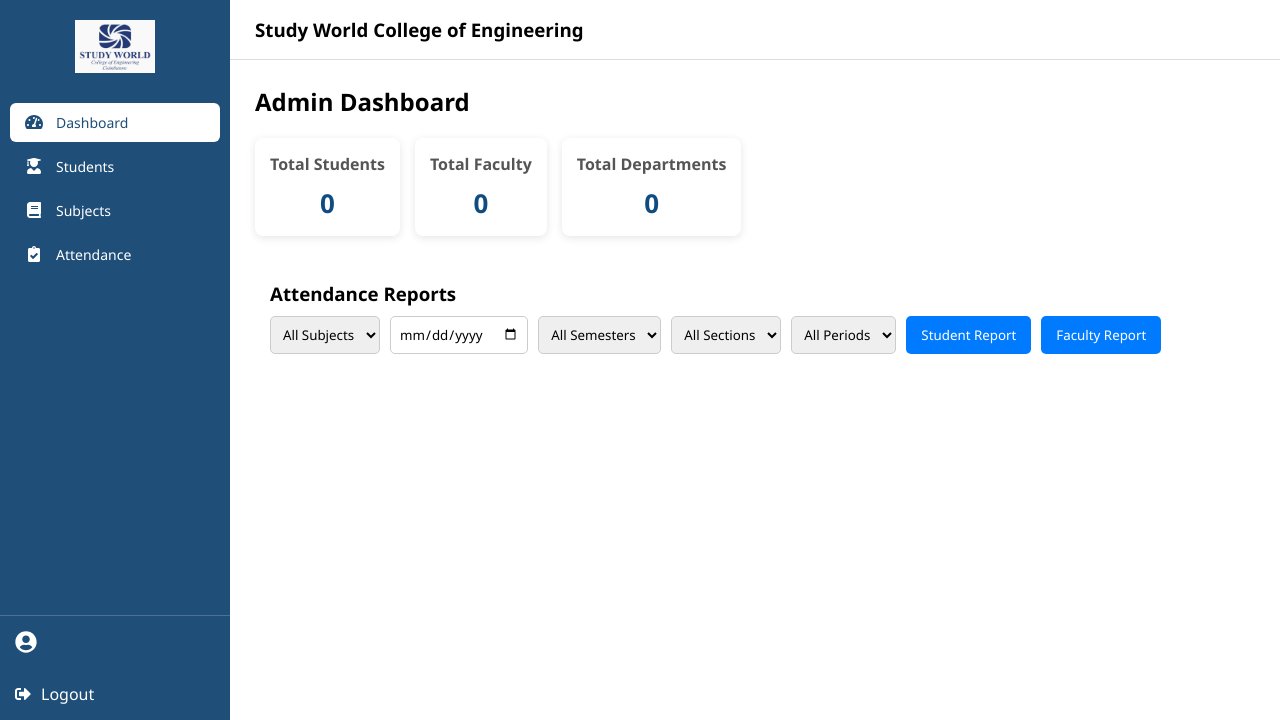
Repository: arthanarieswara/frontend
Page: /dashboard
These files come from the project's save history. The page is drawn as it stood at one moment and after the next save; the edit follows.
The browser window is 1280 px wide. The pictures show the whole page.
The page's requests for data from a server got no answer. The project was rebuilt for these pictures with package versions that can differ from the ones it lists, and the page was loaded fresh each time. No one was signed in, and anything a server would have sent is missing. Also part of the build but not shown: vite.config.js, src/pages/auth/Login.jsx, src/pages/departments/Departments.css, src/pages/departments/Departments.jsx, src/pages/students/Students.css, src/pages/students/Students.jsx, src/pages/faculty/Faculty.css, src/pages/faculty/Faculty.jsx and 9 more.

Above is the page before, as saved 2026-04-01 15:21:22.

### index.html
<!doctype html>
<html lang="en">
  <head>
    <meta charset="UTF-8" />
    <link rel="icon" type="image/svg+xml" href="/college-logo.png" />
    <meta name="viewport" content="width=device-width, initial-scale=1.0" />
    <title>SWMS</title>
  </head>
  <body>
    <div id="root"></div>
    <script type="module" src="/src/main.jsx"></script>
  </body>
</html>

### src/App.jsx
import AppRoutes from "./routes/AppRoutes";

function App() {
  return <AppRoutes />;
}

export default App;

### src/routes/AppRoutes.jsx
import { BrowserRouter, Routes, Route } from "react-router-dom";

import Login from "../pages/auth/Login";
import Dashboard from "../pages/dashboard/Dashboard";
import Departments from "../pages/departments/Departments";
import Students from "../pages/students/Students";
import Faculty from "../pages/faculty/Faculty";
import Subjects from "../pages/Subjects/Subjects";
import Attendance from "../pages/Attendance/Attendance";
import Users from "../pages/users/Users";
import UserMapping from "../pages/UserMapping/UserMapping"; // ✅ NEW
import FacultyAttendance from "../pages/faculty/FacultyAttendance";
function AppRoutes() {
  return (
    <BrowserRouter>
      <Routes>
        <Route path="/" element={<Login />} />
        <Route path="/dashboard" element={<Dashboard />} />
        <Route path="/departments" element={<Departments />} />
        <Route path="/students" element={<Students />} />
        <Route path="/faculty" element={<Faculty />} />
        <Route path="/subjects" element={<Subjects />} />
        <Route path="/attendance" element={<Attendance />} />
        <Route path="/users" element={<Users />} />
        <Route path="/faculty-attendance" element={<FacultyAttendance />} />

        {/* ✅ NEW ROUTE */}
        <Route path="/mapping" element={<UserMapping />} />
      </Routes>
    </BrowserRouter>
  );
}

export default AppRoutes;

### src/pages/dashboard/Dashboard.jsx
import { useEffect, useState } from "react";
import Layout from "../../components/Layout";
import api from "../../api/api";
import "./Dashboard.css";

function Dashboard() {
  const [data, setData] = useState({
    students: 0,
    faculty: 0,
    departments: 0,
  });

  const [subjects, setSubjects] = useState([]);
  const [subject, setSubject] = useState("");
  const [date, setDate] = useState("");
  const [period, setPeriod] = useState("");
  const [semester, setSemester] = useState("");
  const [section, setSection] = useState("");

  const [attendanceSummary, setAttendanceSummary] = useState(null);
  const [summaryType, setSummaryType] = useState("");

  /* ✅ NEW FACULTY STATE */
  const [facultySummary, setFacultySummary] = useState([]);
  const [facultyTotal, setFacultyTotal] = useState(0);

  /* ================= INIT ================= */

  useEffect(() => {
    fetchDashboard();
    fetchSubjects();
  }, []);

  const fetchDashboard = async () => {
    const res = await api.get("/dashboard/admin");
    setData(res.data);
  };

  const fetchSubjects = async () => {
    const res = await api.get("/subjects");
    setSubjects(res.data || []);
  };

  /* ================= STUDENT SUMMARY ================= */

  const getAttendanceSummary = async () => {
    if (!date) return alert("Select date");

    let url = `/attendance/summary?date=${date}`;

    if (subject) url += `&subject_id=${subject}`;
    if (period) url += `&period=${period}`;
    if (semester) url += `&semester=${semester}`;
    if (section) url += `&section=${section}`;

    const res = await api.get(url);

    setAttendanceSummary(res.data);
    setSummaryType(res.data.type);
  };

  /* ================= FACULTY SUMMARY ================= */

  const getFacultySummary = async () => {
    if (!date) return alert("Select date");

    const res = await api.get(
      `/faculty-attendance/summary?date=${date}`
    );

    setFacultySummary(res.data.statusSummary);
    setFacultyTotal(res.data.total);
  };

  return (
    <Layout>
      <div className="dashboard">

        <h2>Admin Dashboard</h2>

        {/* ================= MAIN CARDS ================= */}
        <div className="cards">
          <div className="card">
            <h3>Total Students</h3>
            <p>{data.students}</p>
          </div>

          <div className="card">
            <h3>Total Faculty</h3>
            <p>{data.faculty}</p>
          </div>

          <div className="card">
            <h3>Total Departments</h3>
            <p>{data.departments}</p>
          </div>
        </div>

        {/* ================= FILTER ================= */}
        <div className="attendance-filter-section">

          <h3>Attendance Reports</h3>

          <div className="filters">

            <select value={subject} onChange={(e) => setSubject(e.target.value)}>
              <option value="">All Subjects</option>
              {subjects.map((s) => (
                <option key={s.id} value={s.id}>{s.name}</option>
              ))}
            </select>

            <input
              type="date"
              value={date}
              onChange={(e) => setDate(e.target.value)}
            />

            <select value={semester} onChange={(e) => setSemester(e.target.value)}>
              <option value="">All Semesters</option>
              {[1,2,3,4,5,6,7,8].map(s => (
                <option key={s} value={s}>Sem {s}</option>
              ))}
            </select>

            <select value={section} onChange={(e) => setSection(e.target.value)}>
              <option value="">All Sections</option>
              <option value="A">A</option>
              <option value="B">B</option>
            </select>

            <select value={period} onChange={(e) => setPeriod(e.target.value)}>
              <option value="">All Periods</option>
              {[1,2,3,4,5,6,7,8].map(p => (
                <option key={p} value={p}>P{p}</option>
              ))}
            </select>

            <button onClick={getAttendanceSummary}>
              Student Report
            </button>

            <button onClick={getFacultySummary}>
              Faculty Report
            </button>

          </div>
        </div>

        {/* ================= STUDENT RESULT ================= */}

        {attendanceSummary && summaryType === "single" && (
          <div className="cards">
            <div className="card">
              <h3>Present</h3>
              <p>{attendanceSummary.data.present_count}</p>
            </div>
            <div className="card">
              <h3>Absent</h3>
              <p>{attendanceSummary.data.absent_count}</p>
            </div>
            <div className="card">
              <h3>Total</h3>
              <p>{attendanceSummary.data.total_students}</p>
            </div>
          </div>
        )}

        {/* ================= FACULTY RESULT ================= */}

        {facultySummary.length > 0 && (
          <div className="report-section">

            <h3>Faculty Attendance Report</h3>

            <div className="cards">
              {facultySummary.map((f, index) => (
                <div className="card" key={index}>
                  <h4>{f.status}</h4>
                  <p>{f.count}</p>
                </div>
              ))}

              <div className="card total">
                <h4>Total</h4>
                <p>{facultyTotal}</p>
              </div>
            </div>

          </div>
        )}

      </div>
    </Layout>
  );
}

export default Dashboard;

### src/api/api.js
import axios from "axios";

const api = axios.create({
  baseURL: "http://localhost:5000/api",
});

/* ✅ Attach token automatically */
api.interceptors.request.use((config) => {
  const token = localStorage.getItem("token");

  if (token) {
    config.headers.Authorization = `Bearer ${token}`;
  }

  return config;
});

export default api;

### src/pages/auth/Login.css
*{
  margin:0;
  padding:0;
  box-sizing:border-box;
  font-family:"Segoe UI",sans-serif;
}

/* ANIMATED BACKGROUND */

.login-wrapper{
  height:100vh;
  display:flex;
  justify-content:center;
  align-items:center;
  background:linear-gradient(270deg,#0f4c81,#3a8bfd,#1a6ed8);
  background-size:600% 600%;
  animation:gradientBG 10s ease infinite;
}

@keyframes gradientBG{
  0%{background-position:0% 50%}
  50%{background-position:100% 50%}
  100%{background-position:0% 50%}
}

/* LOGIN CARD */

.login-card{
  width:420px;
  padding:40px;
  border-radius:12px;
  background:rgba(255,255,255,0.15);
  backdrop-filter:blur(15px);
  box-shadow:0 15px 40px rgba(0,0,0,0.3);
  text-align:center;
  color:white;
}

/* COLLEGE HEADER */

.college-logo{
  width:70px;
  margin-bottom:10px;
}

.college-header h1{
  font-size:20px;
  margin-bottom:5px;
}

.college-header p{
 font-size:13px;
  opacity:0.9;
}

.college-header span{
  font-size:12px;
  opacity:0.8;
}

.college-header{
  margin-bottom:30px;
}

/* INPUT GROUP */

.input-group{

  position:relative;
  margin-bottom:20px;
}

.input-group input{
  width:100%;
  padding:12px;
  border:none;
  border-radius:6px;
  outline:none;
  font-size:14px;
}

/* FLOATING LABEL */

.input-group label{
  position:absolute;
  left:12px;
  top:50%;
  transform:translateY(-50%);
  color:#000000;
  font-size:14px;
  pointer-events:none;
  transition:0.3s;
}

.input-group input:focus + label,
.input-group input:not(:placeholder-shown) + label{
  top:-8px;
  /* background:white; */
  padding:0 5px;
  font-size:15px;
  color:white;
}

/* PASSWORD ICON */

.password-group{
 position:relative;
}

.eye-icon{
  position:absolute;
  right:10px;
  top:50%;
  transform:translateY(-50%);
  cursor:pointer;
  color:#444;
}

/* BUTTON */

.login-btn{
  width:100%;
  padding:12px;
  border:none;
  border-radius:6px;
  background:white;
  color:#0f4c81;
  font-size:16px;
  font-weight:bold;
  cursor:pointer;
  transition:all 0.3s;
}

.login-btn:hover{
  transform:translateY(-2px);
  box-shadow:0 5px 15px rgba(0,0,0,0.3);
}

### src/components/Layout.jsx
import { useState } from "react";
import Sidebar from "./Sidebar";
import Navbar from "./Navbar";

function Layout({ children }) {

  const [collapsed,setCollapsed] = useState(false);

  return (

    <div style={{display:"flex"}}>

      <Sidebar collapsed={collapsed} />

      <div style={{flex:1}}>

        <Navbar toggleSidebar={()=>setCollapsed(!collapsed)} />

        <div style={{padding:"25px"}}>
          {children}
        </div>

      </div>

    </div>

  );

}

export default Layout;

### src/pages/dashboard/Dashboard.css
.dashboard h2 {
  margin-bottom: 20px;
}

.cards {
  display: grid;

  grid-template-columns: repeat(auto-fit, minmax(220px, 1fr));

  gap: 20px;
}

.card {
  background: white;

  padding: 25px;

  border-radius: 10px;

  box-shadow: 0 5px 15px rgba(0, 0, 0, 0.1);

  transition: 0.3s;
}

.card:hover {
  transform: translateY(-5px);
}

.card h3 {
  font-size: 16px;

  margin-bottom: 10px;

  color: #555;
}

.card p {
  font-size: 26px;

  font-weight: bold;

  color: #0f4c81;
}

/* Attendance Filter Section */
.attendance-filter-section {
  margin-top: 30px;
  background: #fff;
  padding: 15px;
  border-radius: 8px;
}

.filters {
  display: flex;
  gap: 10px;
  margin-top: 10px;
}

.filters select,
.filters input {
  padding: 8px;
  border: 1px solid #ccc;
  border-radius: 5px;
}

.filters button {
  background: #007bff;
  color: white;
  border: none;
  padding: 8px 15px;
  border-radius: 5px;
  cursor: pointer;
}

.filters button:hover {
  background: #0056b3;
}

/* Attendance Table */.attendance-table {
  width: 100%;
  border-collapse: collapse;
  margin-top: 20px;
}

.attendance-table th,
.attendance-table td {
  border: 1px solid #ddd;
  padding: 10px;
  text-align: center;
}

.attendance-table th {
  background-color: #2c3e50;
  color: white;
}

### src/pages/faculty/FacultyAttendance.css
.faculty-attendance {
  padding: 25px;
}

/* HEADER */
.header {
  display: flex;
  justify-content: space-between;
  align-items: center;
  margin-bottom: 20px;
}

.actions {
  display: flex;
  gap: 10px;
}

.actions input {
  padding: 8px;
  border-radius: 6px;
  border: 1px solid #ccc;
}

.actions button {
  background: #1e5eff;
  color: white;
  border: none;
  padding: 8px 14px;
  border-radius: 6px;
  cursor: pointer;
}

.actions button:hover {
  background: #1748c7;
}

.secondary-btn {
  background: #28a745;
}

.secondary-btn:hover {
  background: #1e7e34;
}

/* TABLE */
.table-container {
  background: white;
  border-radius: 10px;
  box-shadow: 0 2px 10px rgba(0,0,0,0.08);
  overflow: hidden;
}

table {
  width: 100%;
  border-collapse: collapse;
}

thead {
  background: #1e5eff;
  color: white;
}

th, td {
  padding: 12px;
}

tbody tr:nth-child(even) {
  background: #f5f7fb;
}

tbody tr:hover {
  background: #eef2ff;
}

/* STATUS COLORS */
.status-dropdown.Present {
  background: #d4edda;
}

.status-dropdown.Absent {
  background: #f8d7da;
}

/* TIME INPUTS */
.time-inputs {
  display: flex;
  gap: 10px;
}

/* REPORT */
.report-section {
  margin-top: 30px;
}

.cards {
  display: flex;
  gap: 15px;
  flex-wrap: wrap;
}

.card {
  background: white;
  padding: 15px;
  border-radius: 8px;
  box-shadow: 0 2px 8px rgba(0,0,0,0.1);
  min-width: 120px;
  text-align: center;
}

.card.total {
  background: #1e5eff;
  color: white;
}

### src/components/Sidebar.jsx
import { NavLink, useNavigate } from "react-router-dom";
import {
  FaTachometerAlt,
  FaUniversity,
  FaUserGraduate,
  FaChalkboardTeacher,
  FaBook,
  FaClipboardCheck,
  FaSignOutAlt,
  FaUserCircle,
  FaUsers,
  FaProjectDiagram,
} from "react-icons/fa";

import "./Sidebar.css";

function Sidebar({ collapsed }) {
  const navigate = useNavigate();

  const user = JSON.parse(localStorage.getItem("user"));
  const role = user?.role;

  const handleLogout = () => {
    localStorage.removeItem("token");
    localStorage.removeItem("user");
    navigate("/");
  };

  return (
    <div className="main-content">
      <div className={`sidebar ${collapsed ? "collapsed" : ""}`}>
        <div className="sidebar-header">
          <img src="/college-logo.png" className="sidebar-logo" />
        </div>

        <nav className="menu">
          {/* COMMON (ADMIN + FACULTY) */}
          <NavLink to="/dashboard" className="menu-item">
            <FaTachometerAlt />
            <span>Dashboard</span>
          </NavLink>

          <NavLink to="/students" className="menu-item">
            <FaUserGraduate />
            <span>Students</span>
          </NavLink>

          <NavLink to="/subjects" className="menu-item">
            <FaBook />
            <span>Subjects</span>
          </NavLink>

          <NavLink to="/attendance" className="menu-item">
            <FaClipboardCheck />
            <span>Attendance</span>
          </NavLink>

          {/* ADMIN ONLY */}
          {role === "Admin" && (
            <>
              <NavLink to="/departments" className="menu-item">
                <FaUniversity />
                <span>Departments</span>
              </NavLink>

              <NavLink to="/faculty" className="menu-item">
                <FaChalkboardTeacher />
                <span>Faculty</span>
              </NavLink>

              <NavLink to="/users" className="menu-item">
                <FaUsers />
                <span>Users</span>
              </NavLink>

              <NavLink to="/mapping" className="menu-item">
                <FaProjectDiagram />
                <span>Mapping</span>
              </NavLink>

              <NavLink to="/faculty-attendance" className="menu-item">
                <FaClipboardCheck />
                <span>Faculty Attendance</span>
              </NavLink>
            </>
          )}
        </nav>

        {/* PROFILE + LOGOUT */}

        <div className="bottom-section">
          <div className="profile">
            <FaUserCircle className="profile-icon" />
            <span>{role}</span>
          </div>

          <div className="logout" onClick={handleLogout}>
            <FaSignOutAlt />
            <span>Logout</span>
          </div>
        </div>
      </div>
    </div>
  );
}

export default Sidebar;

### src/components/Navbar.jsx
import { FaBars } from "react-icons/fa";
import "./Navbar.css";

function Navbar({ toggleSidebar }) {

    return (

        <div className="navbar">

            {/* <FaBars className="toggle-btn" onClick={toggleSidebar} /> */}

            <h3>Study World College of Engineering</h3>

        </div>

    )

}

export default Navbar;

### src/components/Sidebar.css
.sidebar {
  width: 230px;
  height: 100vh;
  background: #1f4e79;
  color: white;
  display: flex;
  flex-direction: column;
  justify-content: space-between;
  position: fixed;
  left: 0;
  top: 0;
}

/* HEADER */

.sidebar-header {
  display: flex;
  justify-content: center;
  align-items: center;
  padding: 20px 10px;
}

.sidebar-logo {
  width: 80px;
  object-fit: contain;
}

/* MENU */

.menu {
  display: flex;
  flex-direction: column;
  gap: 5px;
  padding: 10px;
}

/* MENU ITEM */

.menu-item {
  display: flex;
  align-items: center;
  gap: 12px;
  padding: 10px 14px;
  color: white;
  text-decoration: none;
  border-radius: 6px;
  transition: 0.3s;
  font-size: 14px;
}

.menu-item svg {
  font-size: 16px;
  min-width: 20px;
}

.menu-item:hover {
  background: rgba(255, 255, 255, 0.15);
}

.menu-item.active {
  background: white;
  color: #1f4e79;
}

/* PUSH BOTTOM SECTION DOWN */

.bottom-section {
  margin-top: auto;
}

/* PROFILE */

.profile {
  display: flex;
  align-items: center;
  gap: 10px;
  padding: 15px;
  border-top: 1px solid rgba(255, 255, 255, 0.2);
}

.profile-icon {
  font-size: 22px;
}

/* LOGOUT */

.logout {
  display: flex;
  align-items: center;
  gap: 10px;
  padding: 15px;
  cursor: pointer;
  transition: 0.3s;
}

.logout:hover {
  background: rgba(255, 0, 0, 0.2);
}

.main-content {
  margin-left: 190px; /* SAME AS SIDEBAR WIDTH */
  padding: 20px;
}

### src/components/Navbar.css
.navbar{
  height:60px;
  background:white;
  border-bottom:1px solid #ddd;
  display:flex;
  align-items:center;
  padding:0 25px;
}

Loaded but not shown: src/main.jsx (common file)

After the next save:
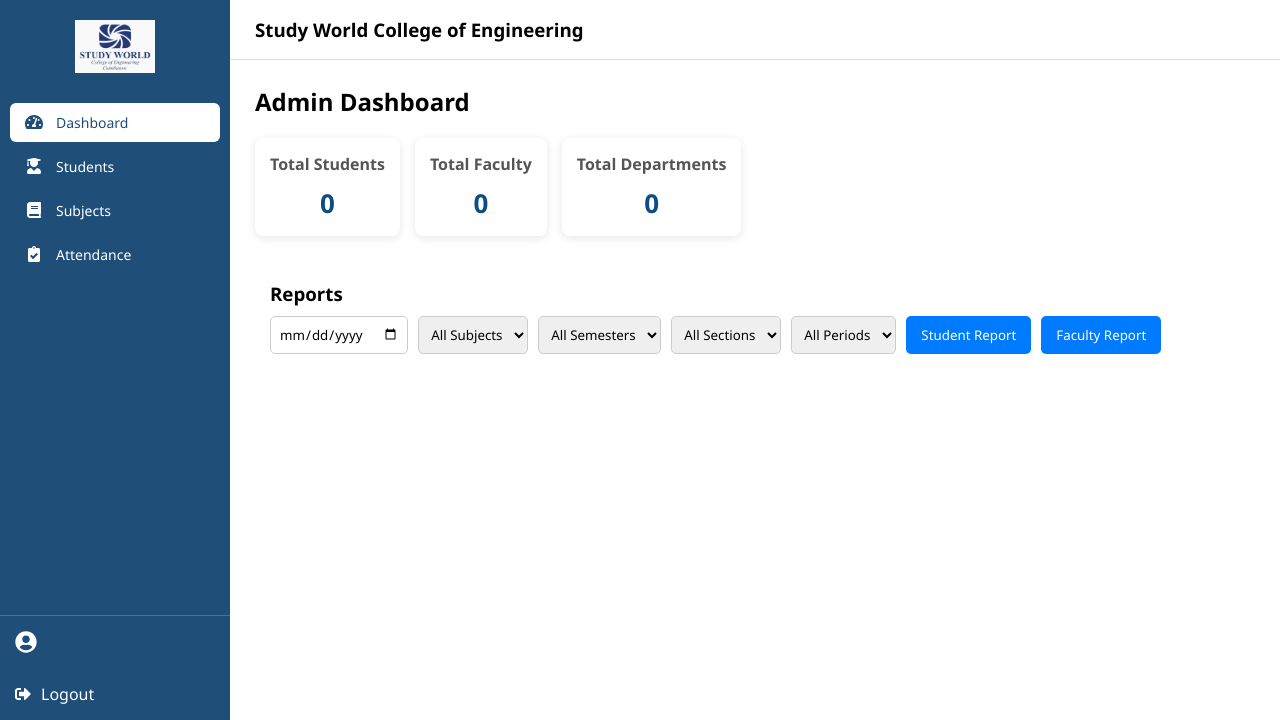
Saved 115 s later.
--- a/src/pages/dashboard/Dashboard.jsx
+++ b/src/pages/dashboard/Dashboard.jsx
@@ -17,14 +17,13 @@ function Dashboard() {
   const [semester, setSemester] = useState("");
   const [section, setSection] = useState("");
 
-  const [attendanceSummary, setAttendanceSummary] = useState(null);
-  const [summaryType, setSummaryType] = useState("");
-
-  /* ✅ NEW FACULTY STATE */
+  /* ================= STUDENT ================= */
+  const [studentSummary, setStudentSummary] = useState(null);
+  const [studentType, setStudentType] = useState("");
+
+  /* ================= FACULTY ================= */
   const [facultySummary, setFacultySummary] = useState([]);
   const [facultyTotal, setFacultyTotal] = useState(0);
-
-  /* ================= INIT ================= */
 
   useEffect(() => {
     fetchDashboard();
@@ -41,9 +40,9 @@ function Dashboard() {
     setSubjects(res.data || []);
   };
 
-  /* ================= STUDENT SUMMARY ================= */
-
-  const getAttendanceSummary = async () => {
+  /* ================= STUDENT REPORT ================= */
+
+  const getStudentReport = async () => {
     if (!date) return alert("Select date");
 
     let url = `/attendance/summary?date=${date}`;
@@ -55,13 +54,16 @@ function Dashboard() {
 
     const res = await api.get(url);
 
-    setAttendanceSummary(res.data);
-    setSummaryType(res.data.type);
-  };
-
-  /* ================= FACULTY SUMMARY ================= */
-
-  const getFacultySummary = async () => {
+    setStudentSummary(res.data);
+    setStudentType(res.data.type);
+
+    /* reset faculty */
+    setFacultySummary([]);
+  };
+
+  /* ================= FACULTY REPORT ================= */
+
+  const getFacultyReport = async () => {
     if (!date) return alert("Select date");
 
     const res = await api.get(
@@ -70,6 +72,9 @@ function Dashboard() {
 
     setFacultySummary(res.data.statusSummary);
     setFacultyTotal(res.data.total);
+
+    /* reset student */
+    setStudentSummary(null);
   };
 
   return (
@@ -78,7 +83,7 @@ function Dashboard() {
 
         <h2>Admin Dashboard</h2>
 
-        {/* ================= MAIN CARDS ================= */}
+        {/* ================= CARDS ================= */}
         <div className="cards">
           <div className="card">
             <h3>Total Students</h3>
@@ -97,18 +102,11 @@ function Dashboard() {
         </div>
 
         {/* ================= FILTER ================= */}
+
         <div className="attendance-filter-section">
-
-          <h3>Attendance Reports</h3>
+          <h3>Reports</h3>
 
           <div className="filters">
-
-            <select value={subject} onChange={(e) => setSubject(e.target.value)}>
-              <option value="">All Subjects</option>
-              {subjects.map((s) => (
-                <option key={s.id} value={s.id}>{s.name}</option>
-              ))}
-            </select>
 
             <input
               type="date"
@@ -116,6 +114,13 @@ function Dashboard() {
               onChange={(e) => setDate(e.target.value)}
             />
 
+            <select value={subject} onChange={(e) => setSubject(e.target.value)}>
+              <option value="">All Subjects</option>
+              {subjects.map((s) => (
+                <option key={s.id} value={s.id}>{s.name}</option>
+              ))}
+            </select>
+
             <select value={semester} onChange={(e) => setSemester(e.target.value)}>
               <option value="">All Semesters</option>
               {[1,2,3,4,5,6,7,8].map(s => (
@@ -136,11 +141,11 @@ function Dashboard() {
               ))}
             </select>
 
-            <button onClick={getAttendanceSummary}>
+            <button onClick={getStudentReport}>
               Student Report
             </button>
 
-            <button onClick={getFacultySummary}>
+            <button onClick={getFacultyReport}>
               Faculty Report
             </button>
 
@@ -149,19 +154,19 @@ function Dashboard() {
 
         {/* ================= STUDENT RESULT ================= */}
 
-        {attendanceSummary && summaryType === "single" && (
+        {studentSummary && studentType === "single" && (
           <div className="cards">
             <div className="card">
               <h3>Present</h3>
-              <p>{attendanceSummary.data.present_count}</p>
+              <p>{studentSummary.data.present_count}</p>
             </div>
             <div className="card">
               <h3>Absent</h3>
-              <p>{attendanceSummary.data.absent_count}</p>
+              <p>{studentSummary.data.absent_count}</p>
             </div>
             <div className="card">
               <h3>Total</h3>
-              <p>{attendanceSummary.data.total_students}</p>
+              <p>{studentSummary.data.total_students}</p>
             </div>
           </div>
         )}
